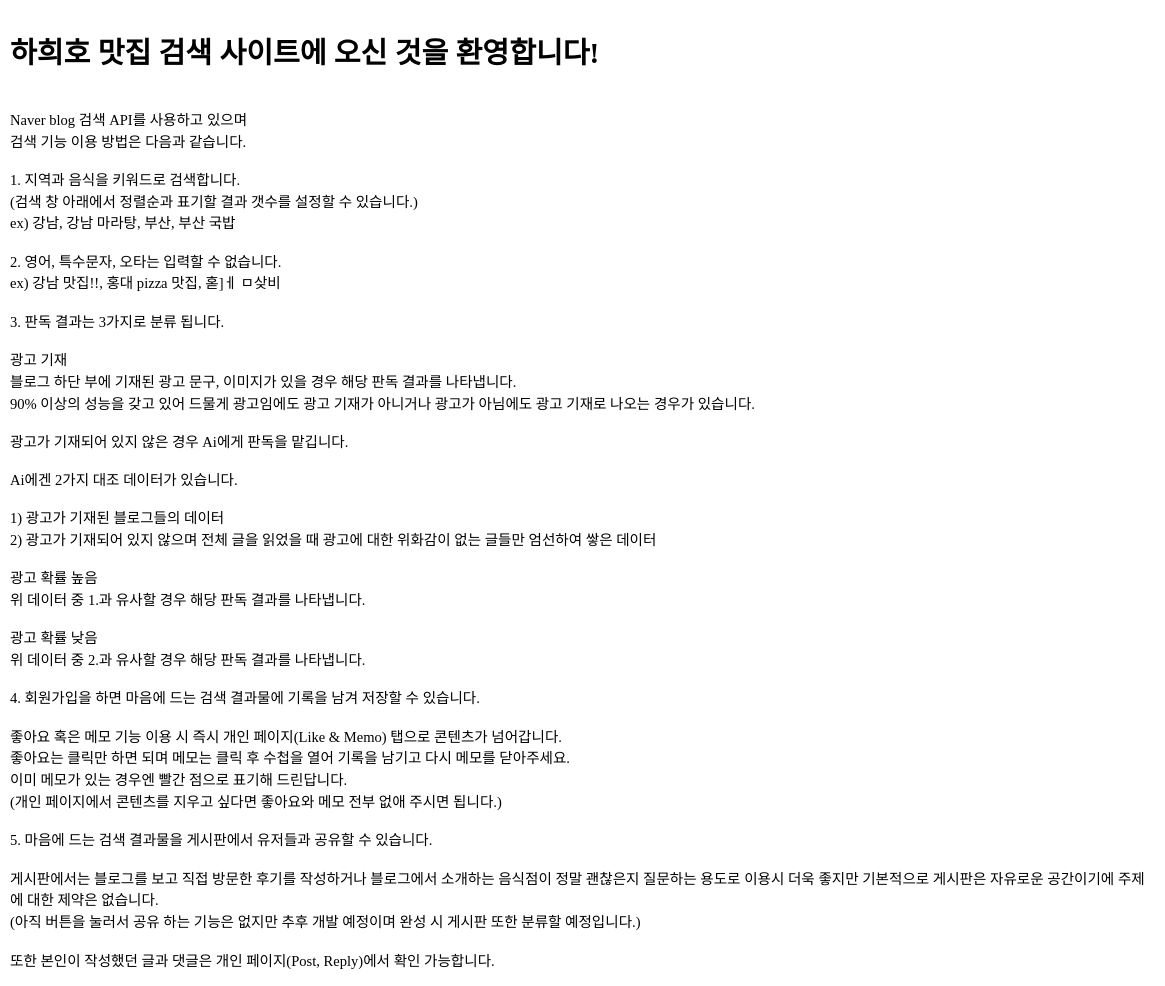
Repository: GOHO97/Haheeho
Page: http://localhost/Haheeho_Adblock/WEB-INF/views/main/main.jsp
An editor plug-in stored every save of this project. The page is shown before and after the next save, followed by the edit.
The browser window is 1280 px wide. The pictures show the whole page, at 91% of full size.
The page is served by Tomcat 9. Nobody is signed in. The template is opened directly, without the code that normally fills it, so the values that code supplies are empty.

Above is the page before, as saved 2022-11-11 05:10:49.

After the next save:
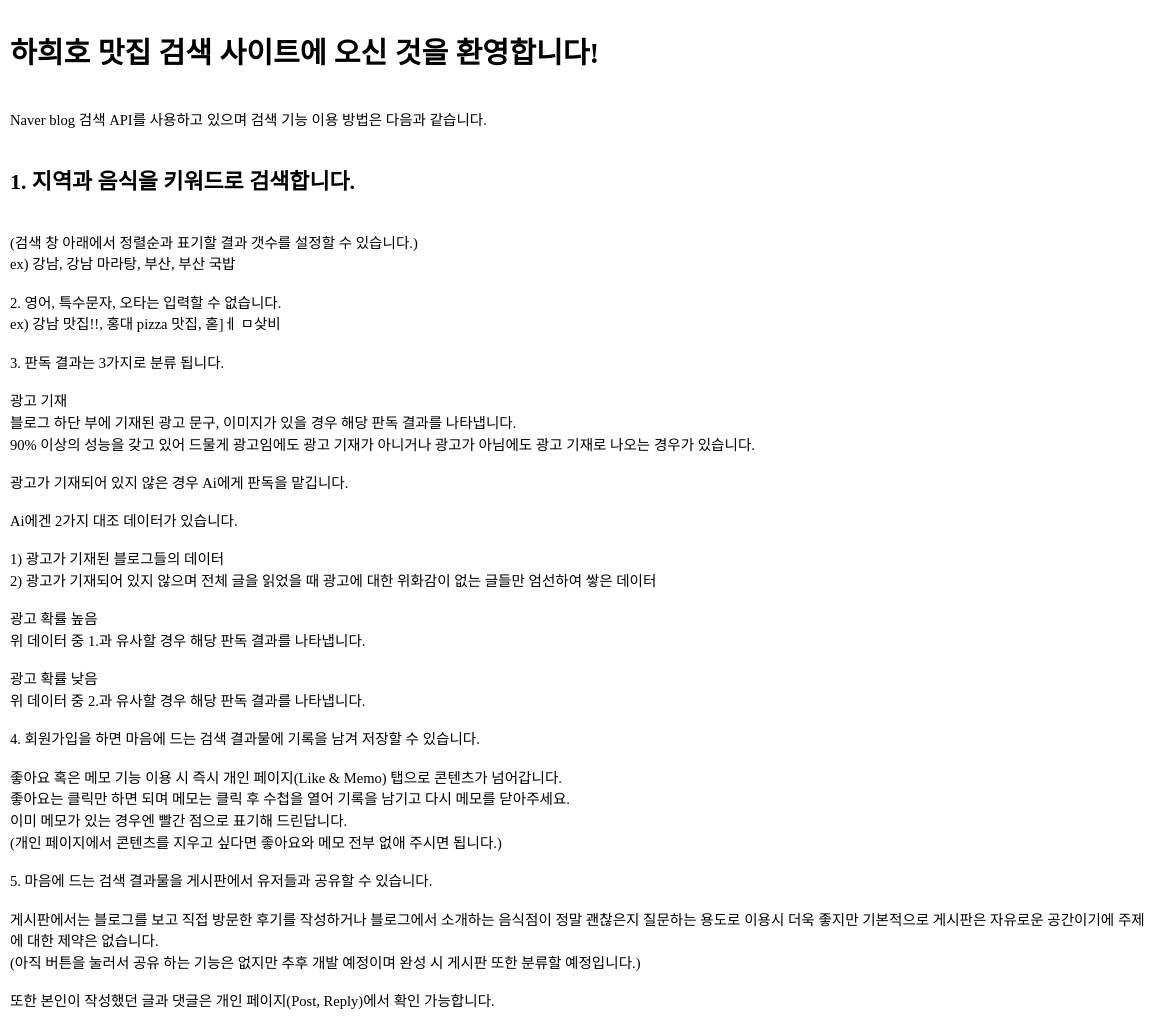
Saved 29 s later.
--- a/Haheeho_Adblock/src/main/webapp/WEB-INF/views/main/main.jsp
+++ b/Haheeho_Adblock/src/main/webapp/WEB-INF/views/main/main.jsp
@@ -14,10 +14,9 @@
 				<td>
 					<h1>하희호 맛집 검색 사이트에 오신 것을 환영합니다!</h1>
 					<br>
-					Naver blog 검색 API를 사용하고 있으며<br>
-					검색 기능 이용 방법은 다음과 같습니다.<br>
+					Naver blog 검색 API를 사용하고 있으며 검색 기능 이용 방법은 다음과 같습니다.<br>
 					<br>
-					1. 지역과 음식을 키워드로 검색합니다.<br>
+					<h2>1. 지역과 음식을 키워드로 검색합니다.</h2><br>
 					(검색 창 아래에서 정렬순과 표기할 결과 갯수를 설정할 수 있습니다.)<br>
 					ex) 강남, 강남 마라탕, 부산, 부산 국밥<br>
 					<br>
